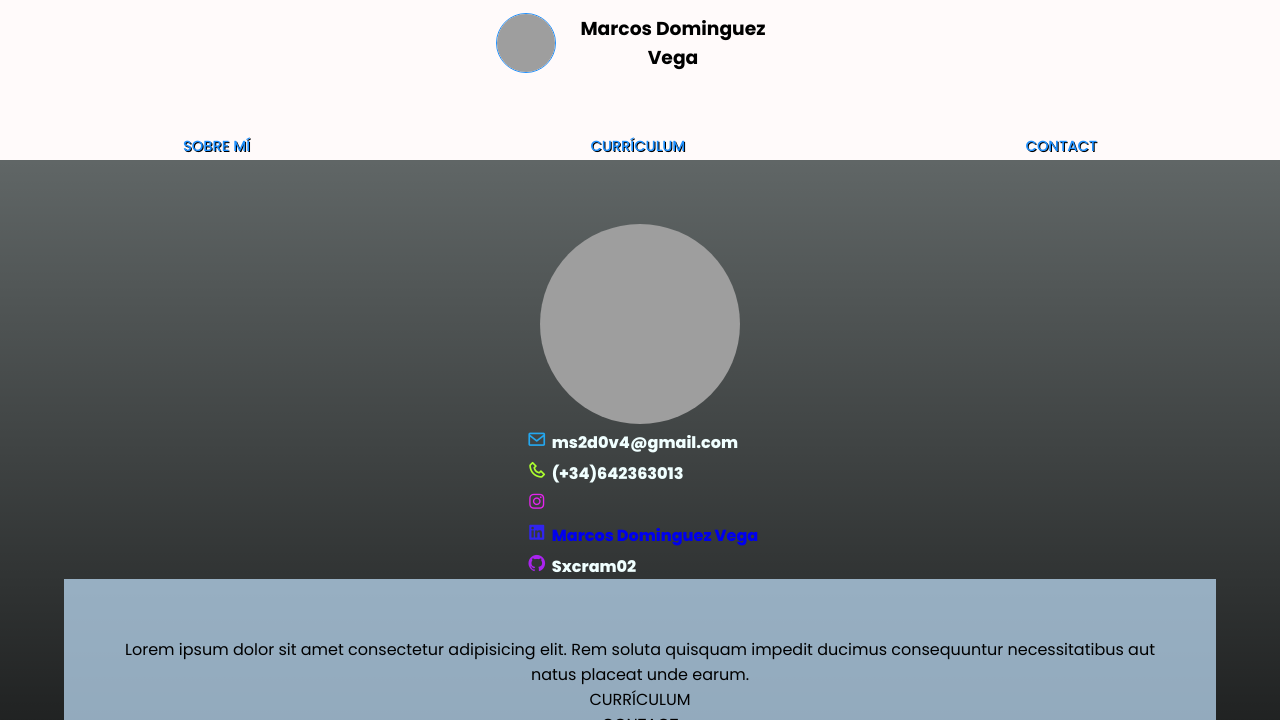
Repository: Sxcram02/Portfoliov.2
Page: index.html
An editor plug-in stored every save of this project. The page is shown before and after a run of saves, followed by the edit.
The browser window is 1280 px wide. The pictures show the whole page.
Pictures or frames that could not be fetched are drawn as grey boxes.

Above is the page before, as saved 2023-04-11 00:40:35.

After the next 5 saves:
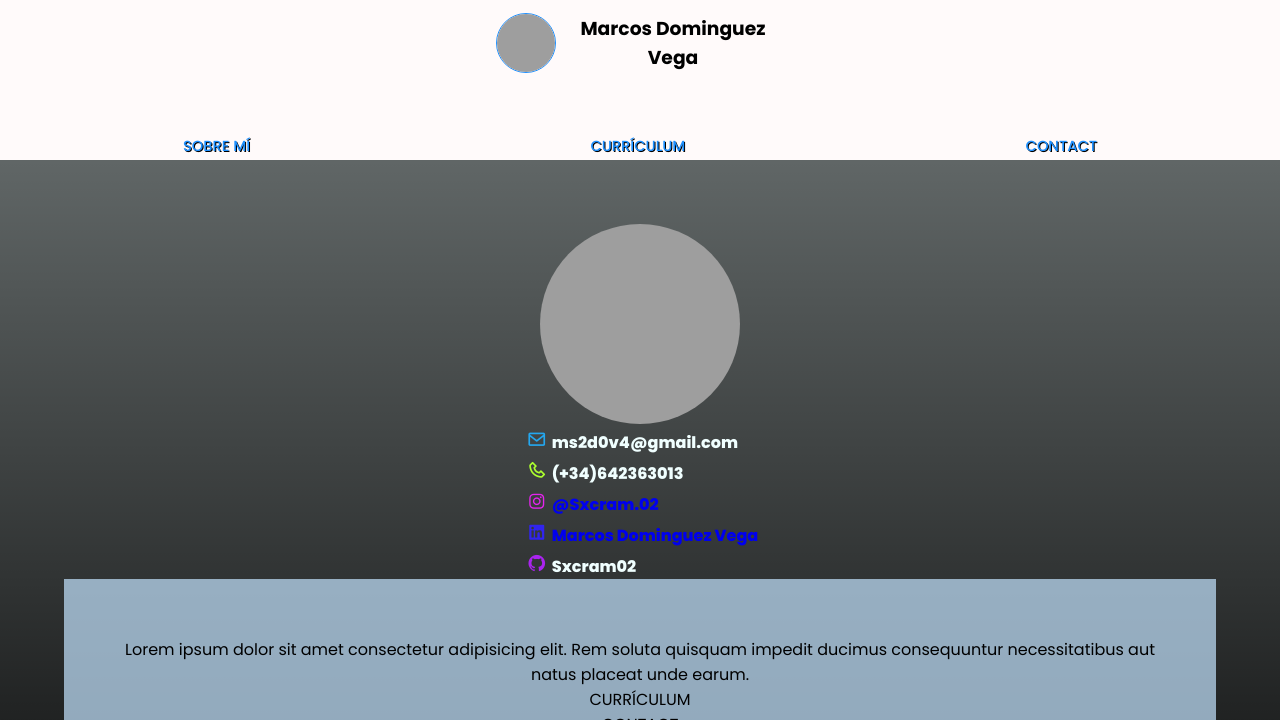
The 5 saves are shown as one change because they came seconds apart.
The last was saved 23 s later.
--- a/index.html
+++ b/index.html
@@ -31,7 +31,7 @@
                     <ul class="redes">
                         <li><i class='bx bx-envelope' style='color:#24a7ef;' ></i>ms2d0v4@gmail.com</li>
                         <li><i class='bx bx-phone' style="color:greenyellow; "></i>(+34)642363013</li>
-                        <li><i class='bx bxl-instagram' style='color:#e624ef;'  ></i><a href=""@Sxcram.02</li>
+                        <li><i class='bx bxl-instagram' style='color:#e624ef;'  ></i><a href="https://intagram.com/sxcram.02">@Sxcram.02</a></li>
                         <li><i class='bx bxl-linkedin-square' style='color:#3124ef'  ></i><a href="https://www.linkedin.com/in/marcos-dominguez-vega-82402626b/">Marcos Dominguez Vega</a></li>
                         <li><i class='bx bxl-github' style='color:#aa24ef'  ></i>Sxcram02</li>
                     </ul>
